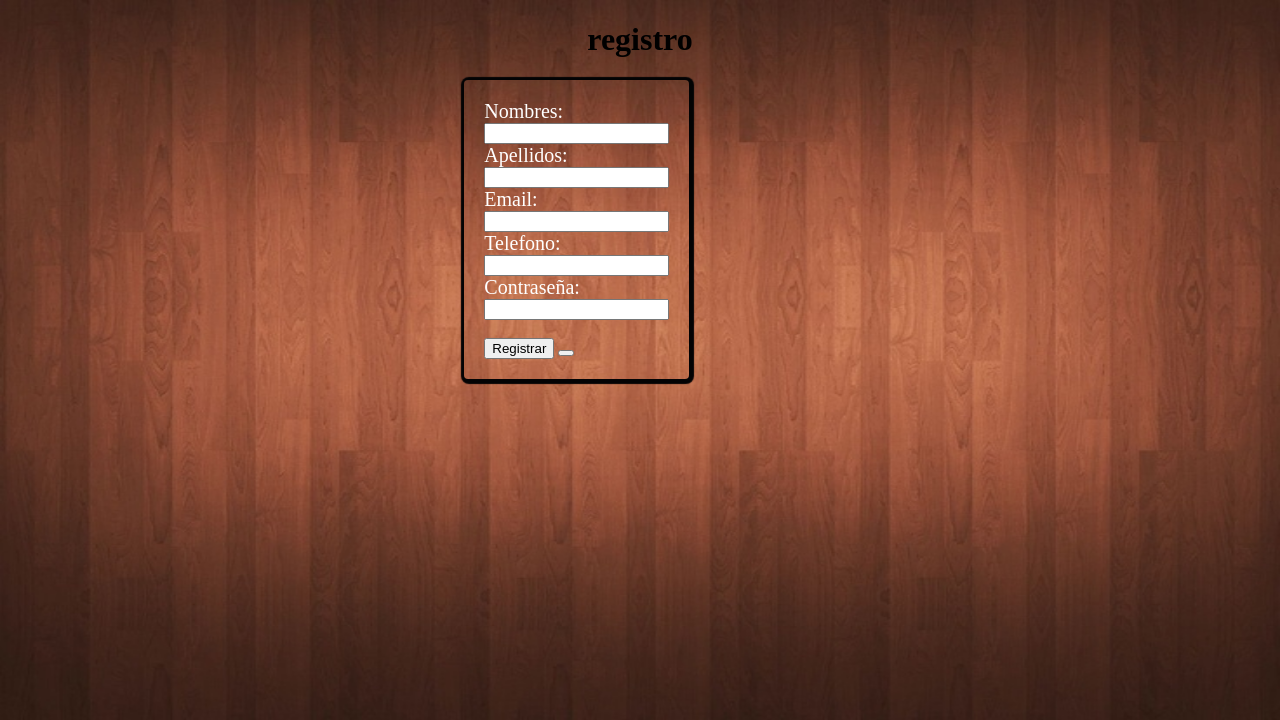
Repository: ye909/aplicacion_restaurante
Page: public/templeis/registro.html
The author's editor kept a copy of each file at every save. The page is drawn from the files as they stood at one save, then again after the next save.
The browser window is 1280 px wide. The pictures show the whole page.

Above is the page before, as saved 2024-11-12 21:44:03.

### public/templeis/registro.html
<!DOCTYPE html>
<html lang="en">
<head>
    <meta charset="UTF-8">
    <meta name="viewport" content="width=device-width, initial-scale=1.0">
    <link rel="stylesheet" href="../css/registro.css">
    <title>Document</title>
</head>
<body>
    <h1>registro</h1>
    <div class="container_registro">
        <form action="" method="post">
            <label for="nombres">Nombres:</label><br>
            <input type="text" id="nombres" name="nombres" required>
            <br>
            <label for="apellidos">Apellidos:</label><br>
            <input type="text" id="apellidos" name="apellidos" required>
            <br>
            <label for="email">Email:</label><br>
            <input type="email" id="email" name="email" >
            <br>
            <label for="number">Telefono:</label><br>
            <input type="number" id="telefono" name="telefono" >
            <br>
            <label for="password">Contraseña:</label><br>
            <input type="password" id="password" name="password">
            <br><br>
            <div class="container_btn">
                <button>Registrar</button>
                <button></button>
            </div>
        </form>
    </div>
</body>
</html>

### public/css/registro.css

body{

    background-image: url(../imagen/fondo_card.jpg);
    background-attachment: fixed;
    background-size:cover;
    background-repeat:no-repeat;
    background-size: 100% 100%;
}
h1{
    text-align: center;
}
.container_registro{
    width: 90%;
    display: flex;
    justify-content: center;
    align-items:center;
}
form{

    padding: 20px;

  box-shadow: rgb(3, 3, 4) 1px 1px 1px 4px   ;
 border-radius: 4px;
}
label{
    color:white;
    font-size: 20px;
}
/* .nombres_apellido,.contacto_ciudad,.direccion,.Contraseña{
    display: flex;
    justify-content: space-between;
    align-items:center;
}
.container_cuenta{
    text-align: center;
}
h1{
    text-align: center;
    color:yellow;
}
.contaier_btnbotones{
    display: flex;
    justify-content: center;
    align-items: center;
    padding: 10px;

}
label{
    font-size: 20px;

}
input{
    padding: 10px;
    width: 400px;
    margin: 5px;
}
:is(button){
    padding: 6px;
    width: 160px;
    margin: 10px;
}
.checkbox{
    display: flex;
} */

After the next save:
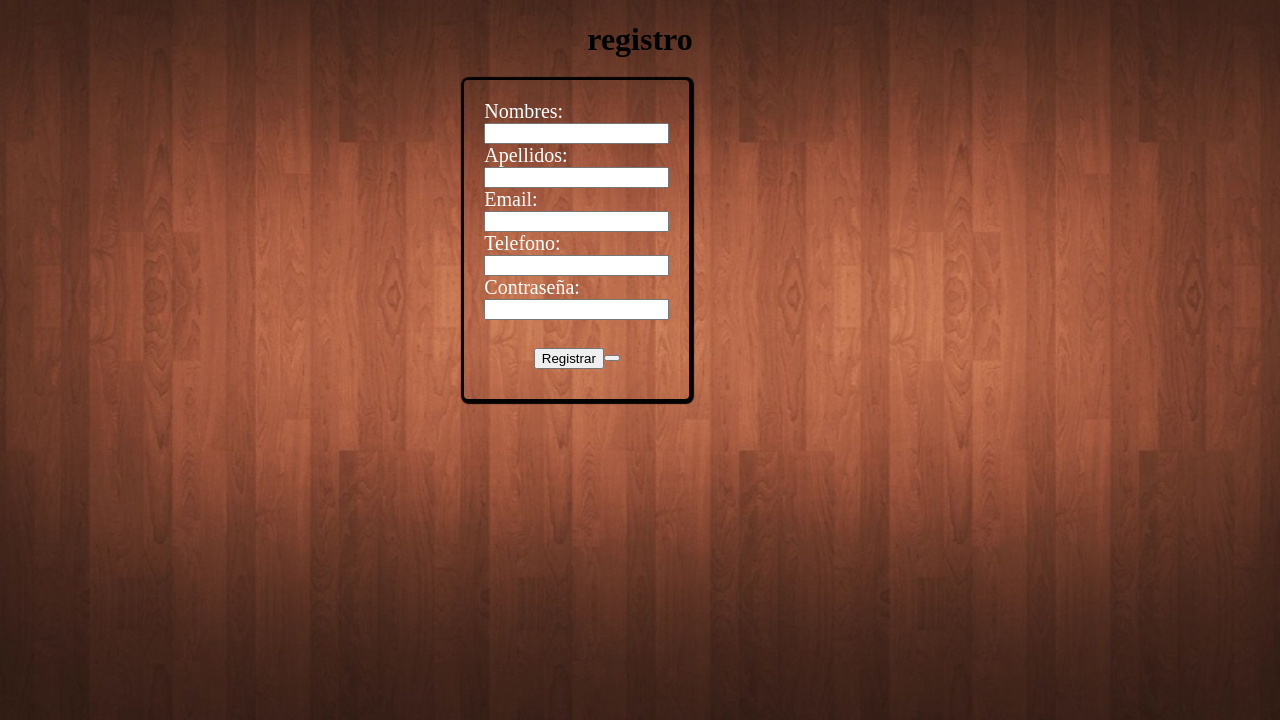
Saved 59 s later.
--- a/public/css/registro.css
+++ b/public/css/registro.css
@@ -27,25 +27,14 @@ label{
     color:white;
     font-size: 20px;
 }
-/* .nombres_apellido,.contacto_ciudad,.direccion,.Contraseña{
-    display: flex;
-    justify-content: space-between;
-    align-items:center;
-}
-.container_cuenta{
-    text-align: center;
-}
-h1{
-    text-align: center;
-    color:yellow;
-}
-.contaier_btnbotones{
+.container_btn{
     display: flex;
     justify-content: center;
     align-items: center;
     padding: 10px;
 
 }
+/*
 label{
     font-size: 20px;
 
